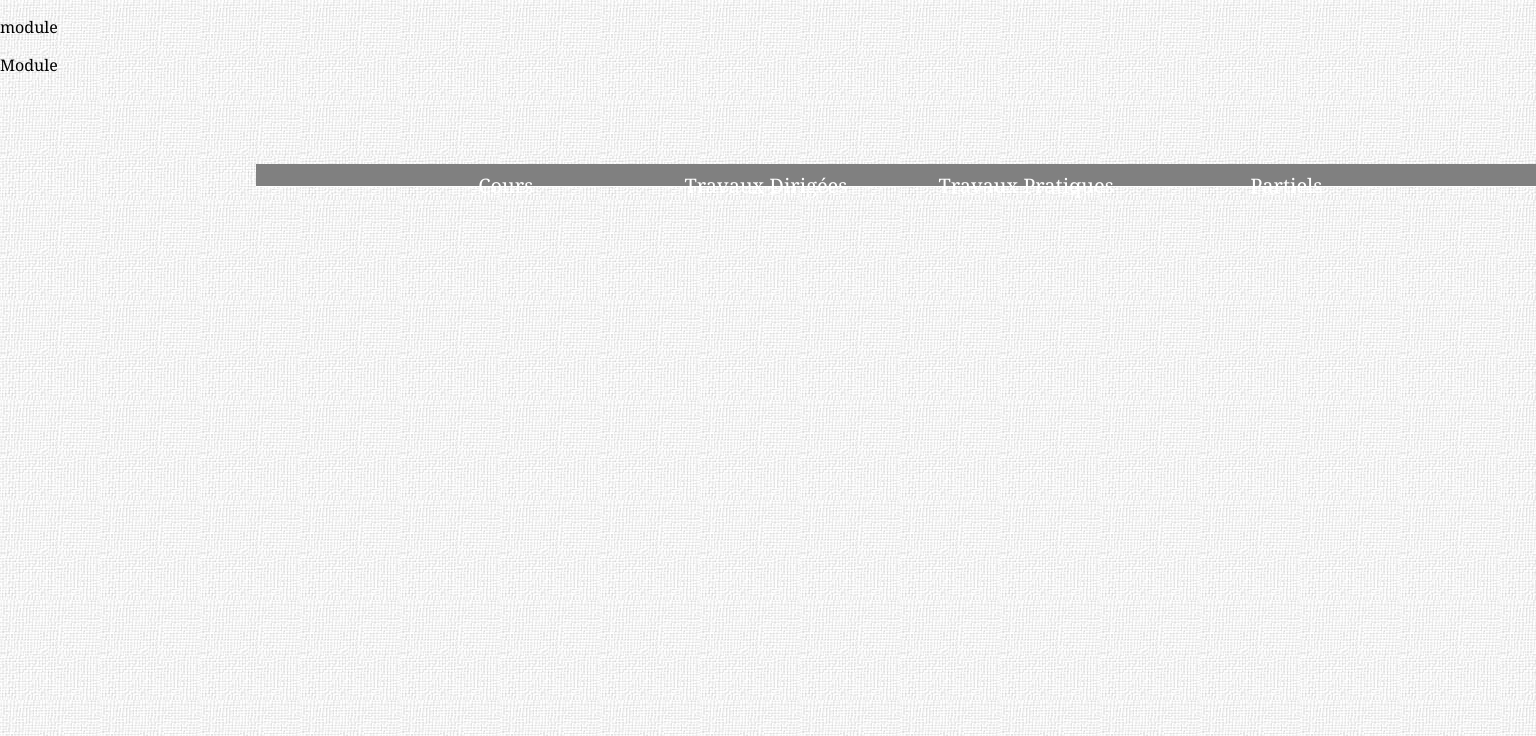
Repository: ValentinArg/PETUT
Page: http://localhost/PETUT/WEB-INF/jsp/eleve/semestre1.jsp
An editor plug-in stored every save of this project. The page is shown before and after the next save, followed by the edit.
The browser window is 1280 px wide. The page is 1536 px wide, then 1406 px, so the pictures cover 1536 px, including what lies to the right of the window. The pictures show the whole page.
After loading, the first visible `#boutonHautBas` was clicked once.
Some web libraries are served in a nearby version. The page is served by Tomcat 9. Nobody is signed in. Other server files are loaded and not shown. The template is opened directly, without the code that normally fills it, so the values that code supplies are empty.

Above is the page before, as saved 2016-10-02 09:48:23.

### PETUT/WebContent/WEB-INF/jsp/eleve/semestre1.jsp
<%@ page language="java" contentType="text/html; charset=ISO-8859-1"
    pageEncoding="ISO-8859-1"%>
<!DOCTYPE html PUBLIC "-//W3C//DTD HTML 4.01 Transitional//EN" "http://www.w3.org/TR/html4/loose.dtd">
<html>
<head>
<meta http-equiv="Content-Type" content="text/html; charset=ISO-8859-1">
<link rel ="stylesheet" href = "/PETUT/css/main.css"/>
<link rel ="stylesheet" href = "/PETUT/css/allSemestres.css"/>
<title>Insert title here</title>
</head>
<body>

	<p class="boutonHautBas" id="boutonHautBas">module</p>
	<jsp:include page="../enTete.jsp"/>
	<div class="navigation" id="navigation">
		<ul>
			<li class="parent" id="parent1"><p class="module">M1101</p></li>
			<li class="parent" id="parent2"><p class="module">M1102</p></li>
			<li class="parent" id="parent1"><p class="module">M1103</p></li>
			<li class="parent" id="parent2"><p class="module">M1104</p></li>
			<li class="parent" id="parent1"><p class="module">M1105</p></li>
			<li class="parent" id="parent2"><p class="module">M1106</p></li>
			<li class="parent" id="parent1"><p class="module">M1107</p></li>
			<li class="parent" id="parent2"><p class="module">M1201</p></li>
			<li class="parent" id="parent1"><p class="module">M1202</p></li>
			<li class="parent" id="parent2"><p class="module">M1203</p></li>
			<li class="parent" id="parent1"><p class="module">M1204</p></li>
			<li class="parent" id="parent2"><p class="module">M1205</p></li>
			<li class="parent" id="parent1"><p class="module">M1206</p></li>
			<li class="parent" id="parent1"><p class="module">Groupe A</p></li>
			<li class="parent" id="parent2"><p class="module">Groupe B</p></li>
			<li class="parent" id="parent1"><p class="module">Groupe C</p></li>
			<li class="parent" id="parent2"><p class="module">Groupe D</p></li>
			<li class="parent" id="parent1"><p class="module">Groupe E</p></li>
			<li class="parent" id="parent2"><p class="module">Groupe F</p></li>
			<li class="parent" id="parent1"><p class="module">Evênement BDE</p></li>

		</ul>

	</div>
	<div class="conteneurGeneral" id="conteneurGeneral">

		<ul class="selection" id="selection">
			<li class=" type"><p>Cours</p></li>
			<li class="type"><p>Travaux Dirigées</p></li>
			<li class="type"><p>Travaux Pratiques</p></li>
			<li class="type"><p>Partiels</p></li>
		</ul>
	</div>
	<script type="text/javascript">

		var haut = false
		function slideUp(){
			if(!haut){
				$('#navigation').slideUp(1000);
				//document.getElementById('conteneurGeneral').style.marginLeft="0px"
				$('#conteneurGeneral').animate({ "width": "+=20%" }, 1000 );
				haut = true;
			}else{
				$('#navigation').slideDown();
				document.getElementById('conteneurGeneral').style.marginLeft="20%"
				haut = false;
			}
		}

		$( '#boutonHautBas' ).click(function(){
			slideUp()});
	</script>
</body>
</html>

### PETUT/WebContent/WEB-INF/jsp/enTete.jsp
<%@ page language="java" contentType="text/html; charset=ISO-8859-1"
    pageEncoding="ISO-8859-1"%>
<!DOCTYPE html PUBLIC "-//W3C//DTD HTML 4.01 Transitional//EN" "http://www.w3.org/TR/html4/loose.dtd">
<html>
<head>
	<meta http-equiv="Content-Type" content="text/html; charset=ISO-8859-1">
	<title>Insert title here</title>
	<link rel ="stylesheet" href = "/PE2I/css/main.css"/>
	<script src="https://code.jquery.com/jquery-1.12.4.js"></script>
  	<script src="https://code.jquery.com/ui/1.12.1/jquery-ui.js"></script>

</head>
<body>
	<div class=enTete>
		<p class="boutonHautBas" id="boutonHautBas">Module</p>
		<ul class="nav" id="nav">
			<c:forEach var="forum" items="${listeForum}">
				<li class=" partie"><a class="forum" id="${forum.id}"><c:out value="${forum.nom}"/></a></li>
			</c:forEach>
			<!-- <li class="partie" id="banniere"><a>PETUT</a></li>-
			<li class=" partie"><a class="forum" id="1">Cours</a></li>
			<li class="partie"><a class="forum" id="2">Travaux Dirigées</a></li>
			<li class="partie"><a class="forum" id="3">Travaux Pratiques</a></li>
			<li class="partie"><a class="forum" id="4">Partiels</a></li>
			<li class="partie"><a>Mon Compte</a></li>-->
		</ul>
	</div>

</body>
</html>

### PETUT/WebContent/css/main.css
@CHARSET "ISO-8859-1";

@CHARSET "UTF-8";
/* Général ------------------------------------------------------------------------------------- */

html {
  height: 100%;
  box-sizing: border-box;
}

*,
*:before,
*:after {
  box-sizing: inherit;
}

body {
	background-image : url(../images/fond.jpg);
	position: relative;
 	margin: 0;
  padding-bottom: 6rem;
  min-height: 100%;
}

body,p,legend, label, input {
    font: normal 8pt;
    font-family:  Georgia, serif;
}

header img {
	width:470px;
	display:inline;
}
header .logoiut{
	height:135px;
	width:215px;
}
header{

	height:135px;
	margin-left:auto;
	margin-right:auto;
	background-image : url(../images/fondbanniere.jpg);
	width:85%;
	min-width:880px;
}
nav {
	width:85%;
	min-width:880px;
	margin-left:auto;
	margin-right:auto;
	text-align:left;

}
.general{
	width:85%;
	min-width:880px;
	margin-left:auto;
	margin-right:auto;
	background-image:url(../images/fondgeneral.jpg);
	padding-top:30px;
	padding-bottom:10px;
	min-height:69vh;
	margin-bottom:-24px;
}
footer {
	width:85%;
	min-width:880px;
	margin-left:auto;
	margin-right:auto;
	font-size:80%;
	position: absolute;
  	right: 0;
  	bottom: 0;
  	left: 0;
  	padding: 1rem;
  	margin-top:0;
	background-image:url(../images/fondgeneral.jpg);
}

### PETUT/WebContent/css/allSemestres.css
.parent{

	list-style:none;
	font-size:15px;
	cursor:pointer;
	width:100%;
	display:inline-block;

}

.navigation ul{
	width:100%;
	display:inline-block;

}




ul{
	margin:0;
	padding:0;
}

.ue {

	border-top:solid 1px white;
	display:block;
	padding:10px;
	text-align:center;
	background-color:#4CAF50;
	margin:0;
}

.ue:hover{
	color:white;
}

.module p{

	border:none;
	border-bottom:solid 1px white;
	display: block;
	padding:10px;
	text-align:center;
	background-color:#333;
	margin:0;


}

.module p:hover{
	color:white;
	cursor:pointer;
}

.semestres{
	background-color:#4CAF50;

}

a{
	cursor:pointer;
}





body{

	margin:0;
	padding:0;
}



.navigation{

	display:inline-block;
	list-style : none;
	margin:0;
	padding:0;
	position: relative;
	z-index:5;
	width:20%;
	border-bottom:solid 1px white;
	text-align:center;
	height:95.5%;
	max-height:95.3%;
	overflow: auto;


}

.conteneurGeneral{
	text-align:justify;
	display:inline-block;
	height:100%;
	position:relative;
	width: 80%;
	margin:0;
	margin-left:20%;
	padding:0;
	margin-top:50px;
	vertical-align:top;

}

.selection{
	display:block;
	vertical-align:top;
	list-style : none;
	margin:0;
	background: Grey;
	z-index:5;
	height:4.7%;
	border-bottom:solid 1px white;
	text-align: center;

}



.type {
	display: inline-block;
	padding:8px;
	font-size:20px;
	height:20px;
	vertical-align:top;
	width:20%;

}

.type p {
	margin:0;
	padding:0;
	color:white;
	cursor:pointer;
}

.type:hover{
	background:#333;

}

.tableauTopic{
	text-align: center;
	position:relative;
	display:block;

}

After the next save:
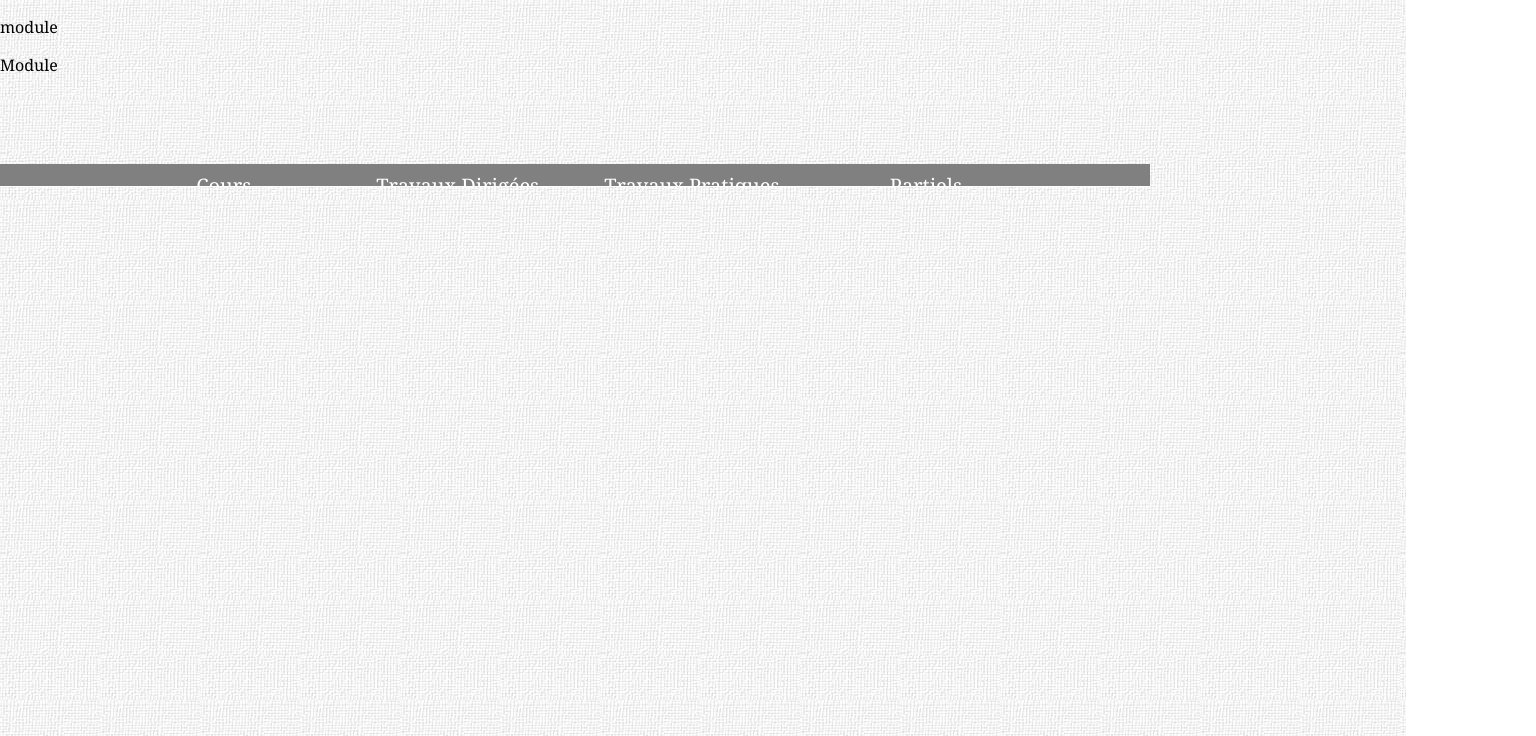
Saved 18 s later.
--- a/PETUT/WebContent/WEB-INF/jsp/eleve/semestre1.jsp
+++ b/PETUT/WebContent/WEB-INF/jsp/eleve/semestre1.jsp
@@ -54,6 +54,7 @@
 			if(!haut){
 				$('#navigation').slideUp(1000);
 				//document.getElementById('conteneurGeneral').style.marginLeft="0px"
+				$('#conteneurGeneral').animate({ "left": "-=20%" }, 1000 );
 				$('#conteneurGeneral').animate({ "width": "+=20%" }, 1000 );
 				haut = true;
 			}else{
